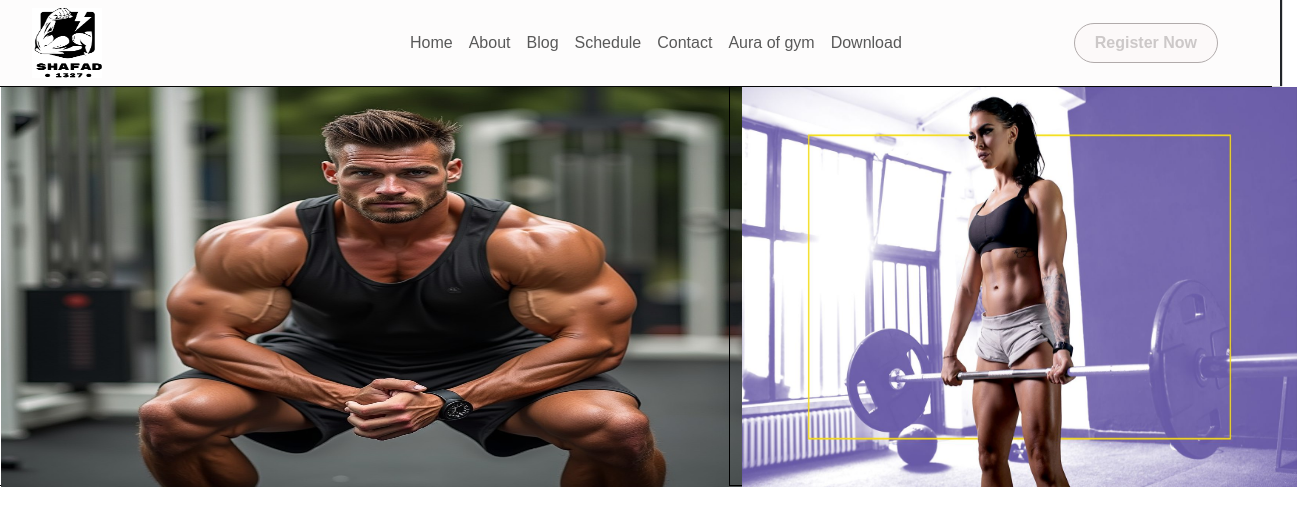
Repository: Daud-shafad/gymwebsite
Page: bootstrap-5.3.3-dist/bootstrap-5.3.3-dist/gym.html
An editor plug-in stored every save of this project. The page is shown before and after the next save, followed by the edit.
The browser window is 1280 px wide. The page is 1297 px wide, then 1307 px, so the pictures cover 1307 px, including what lies to the right of the window. The pictures show the whole page.

Above is the page before, as saved 2024-12-28 13:24:12.

### bootstrap-5.3.3-dist/bootstrap-5.3.3-dist/gym.html
<!DOCTYPE html>
<html lang="en">
<head>
    <title>GYM WEBSITE</title>
    <meta charset="UTF-8">
    <meta name="viewport" content="width=device-width, initial-scale=1.0">
    <meta name="author" content="Daud_Shafad">
    <meta name="Description" content="This gym website front-end part">
    <meta name="keyword" content="html, css, bootstrap, front-end, gym, website">
    <link rel="stylesheet" href="gym.css">
    <link rel="stylesheet" href="css/bootstrap.css">


</head>
<body>

    <nav class="navbar navbar-expand-lg" style="background-color: rgb(253, 252, 252); box-shadow: 1px -1px 1px 1px">
        <div class="container-fluid">
          <img src="power.png" style="width: 70px;
          height: 70px; margin-left: 20px;" >
          <button class="navbar-toggler" type="button" data-bs-toggle="collapse" data-bs-target="#navbarSupportedContent" aria-controls="navbarSupportedContent" aria-expanded="false" aria-label="Toggle navigation">
            <span class="navbar-toggler-icon"></span>
          </button>
          <div class="collapse navbar-collapse" id="navbarSupportedContent" style="font-family: sans-serif;">
            <ul class="navbar-nav me-auto mb-2 mb-lg-0" style="margin-left: 300px;">
              <li class="nav-item" >
                <a class="nav-link" aria-current="page" href="#">Home</a>
              </li>
              <li class="nav-item" >
                <a class="nav-link" href="#">About</a>
              </li>
              <li class="nav-item">
                <a class="nav-link" href="#">Blog</a>
              </li>
              <li class="nav-item">
                <a class="nav-link" aria-disabled="false">Schedule</a>
              </li>
              <li class="nav-item">
                <a class="nav-link" aria-disabled="false">Contact</a>
              </li>
              <li class="nav-item">
                <a class="nav-link" aria-disabled="false">Aura of gym</a>
              </li>
              <li class="nav-item">
                <a class="nav-link" aria-disabled="false">Download</a>
              </li>
              </ul>
           <button class="btn-register">
            Register Now
           </button>
          </div>
        </div>
      </nav>

      <div class="row">
        <div class="col-7">
          <img src="Photoman2.jpg" style="height: 400px; width: 799px;" alt="">
        </div>
        <div class="col-5">
            <img src="Photowomen1.jpg" style="height: 400px; width: 555px;" alt="">
        </div>
      </div>





    <script src="js/bootstrap.js"></script>


</body>
</html>

### bootstrap-5.3.3-dist/bootstrap-5.3.3-dist/gym.css
*{
    margin:0;
    padding: 0;
}

.btn-register{
    background-color: rgb(252, 249, 249);
    padding: 7px 20px 7px 20px;
    border: 1px solid rgb(177, 171, 171);
    cursor: pointer;
    border-radius: 25px;
    margin-right: 50px;
    font-family: sans-serif;
    font-size: 16px;
    font-weight: 600;
    color: rgb(204, 200, 200);
    text-transform: capitalize;
    transition: all 2s;
}

.btn-register:hover{
   background-color: rgb(177, 171, 171);
   color: rgb(252, 249, 249);
   border: rgb(252, 249, 249);
   letter-spacing: 2px;
   box-shadow: 2px 1px 2px 2px;

}

#navbarSupportedContent:hover{
    letter-spacing: 1px;
    color: black;
    cursor: pointer;
    transition: all 2s;
}

.row .col-7{
    height: 400px;
    border: 1px solid black;
}

.row .col-5{
    height: 400px;
    border: 1px solid black;
    margin-left: -20px;
}

Loaded but not shown: bootstrap-5.3.3-dist/bootstrap-5.3.3-dist/css/bootstrap.css (library); bootstrap-5.3.3-dist/bootstrap-5.3.3-dist/js/bootstrap.js (library)

After the next save:
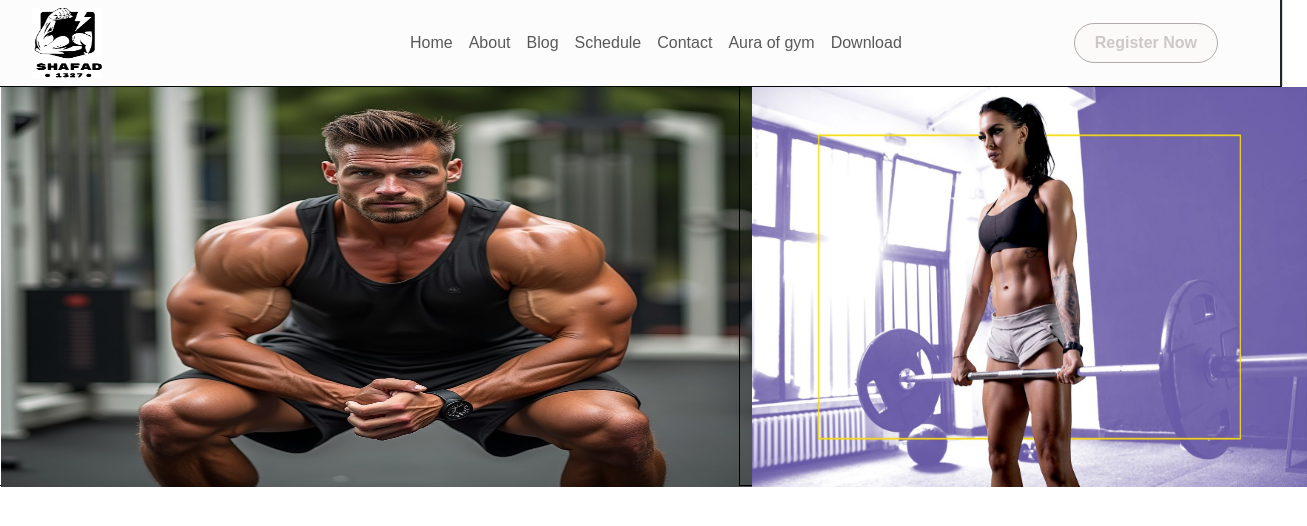
Saved 10 s later.
--- a/bootstrap-5.3.3-dist/bootstrap-5.3.3-dist/gym.css
+++ b/bootstrap-5.3.3-dist/bootstrap-5.3.3-dist/gym.css
@@ -42,5 +42,5 @@
 .row .col-5{
     height: 400px;
     border: 1px solid black;
-    margin-left: -20px;
+    margin-left: -10px;
 }
